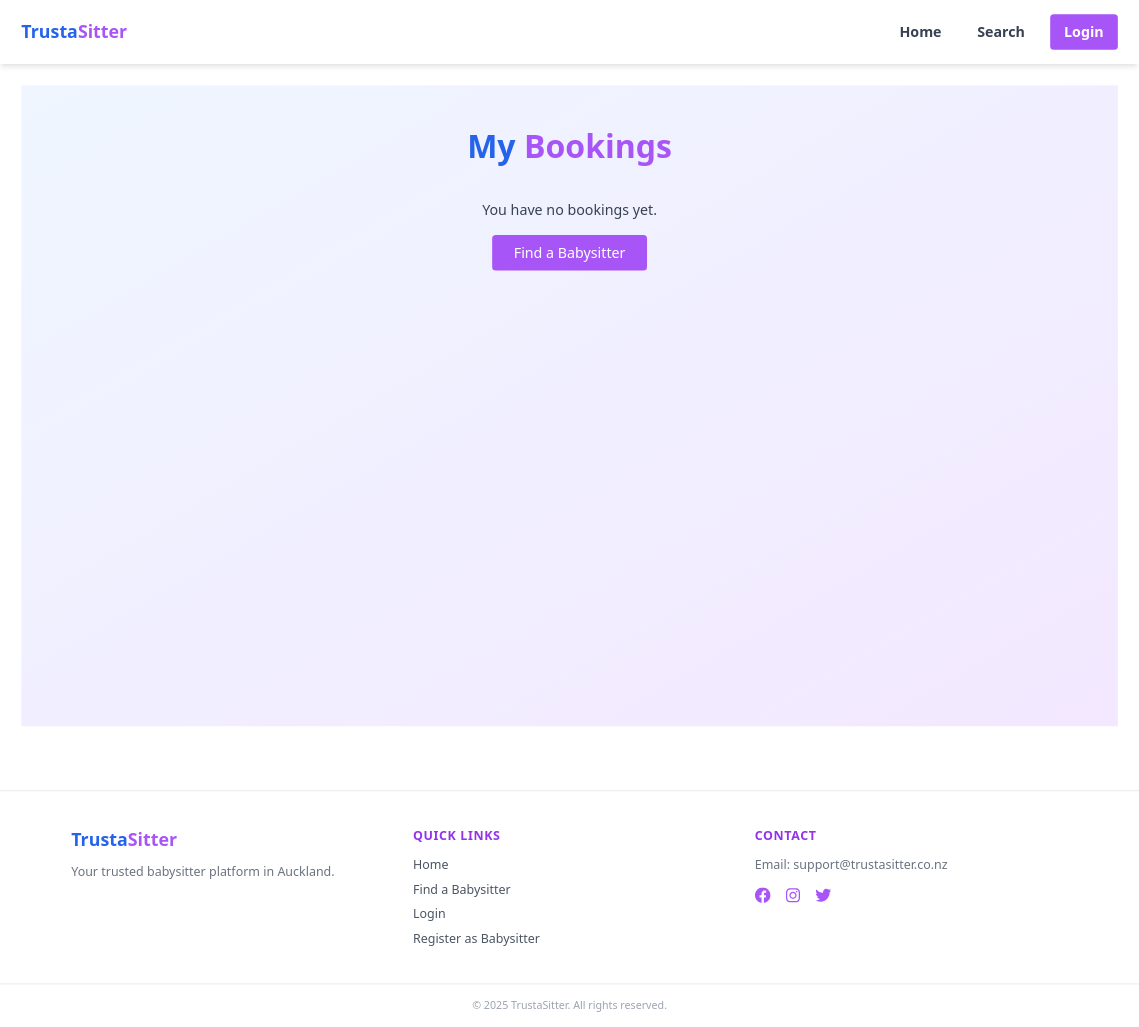
Repository: LargeWC-Code/TrustaSitter
Page: /bookings (app in trustasitter-frontend/)
These files come from the project's save history. The page is drawn as it stood at one moment and after the next save; the edit follows.
The browser window is 1280 px wide. The pictures show the whole page, at 89% of full size.
The project was rebuilt for these pictures with package versions that can differ from the ones it lists, and the page was loaded fresh each time. Also part of the build but not shown: trustasitter-frontend/vite.config.js, trustasitter-frontend/src/pages/Home.jsx, trustasitter-frontend/src/pages/Search.jsx, trustasitter-frontend/src/pages/Login.jsx, trustasitter-frontend/src/pages/ChooseRole.jsx, trustasitter-frontend/src/pages/RegisterBabysitter.jsx, trustasitter-frontend/src/pages/RegisterClient.jsx, trustasitter-frontend/src/pages/HomeClient.jsx and 3 more.

Above is the page before, as saved 2025-07-01 18:22:42.

After the next save:
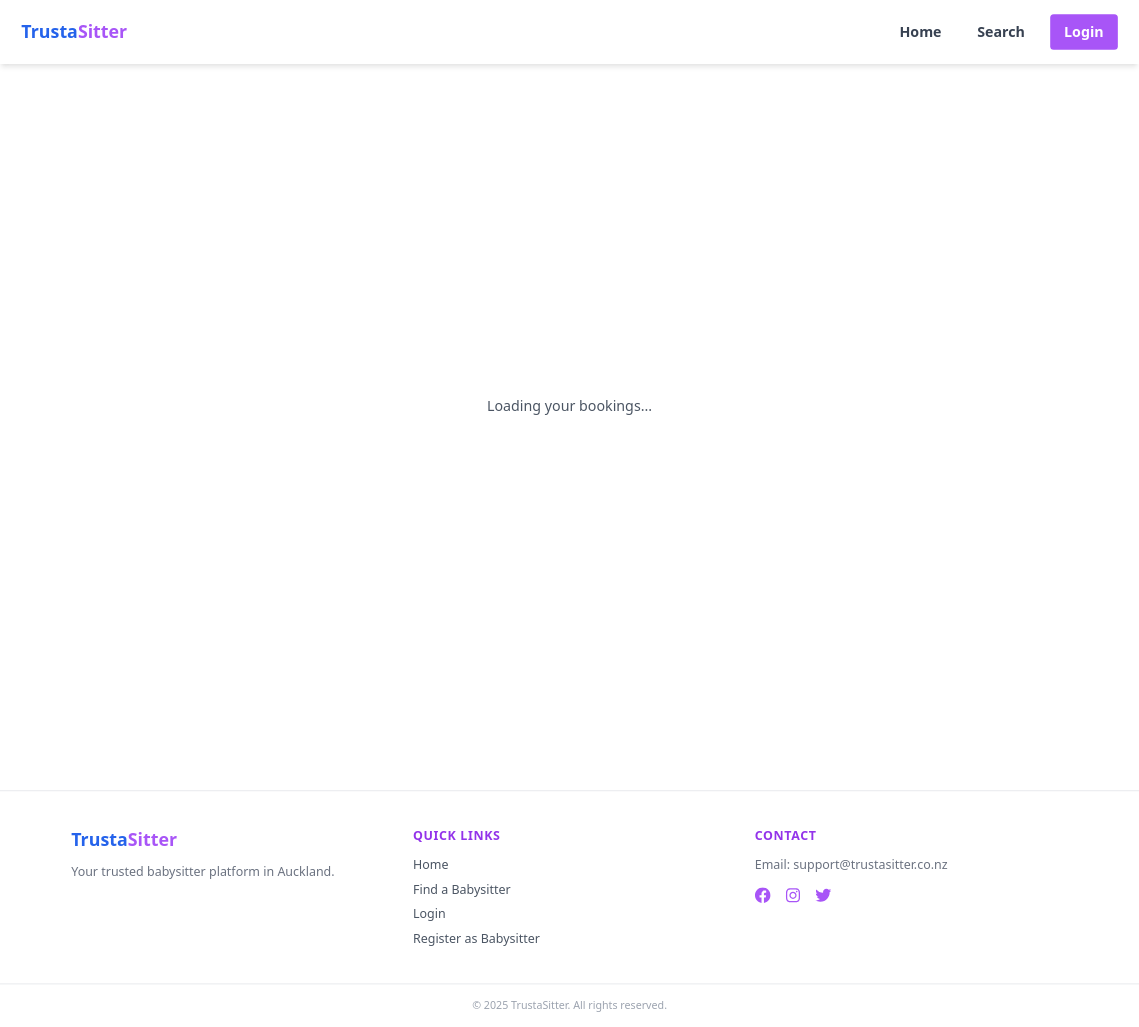
Saved 21 s later.
--- a/trustasitter-frontend/src/pages/Bookings.jsx
+++ b/trustasitter-frontend/src/pages/Bookings.jsx
@@ -1,17 +1,39 @@
 // src/pages/Bookings.jsx
-import React, { useState } from "react";
+import React, { useEffect, useState, useContext } from "react";
 import { useNavigate } from "react-router-dom";
+import { AuthContext } from "../context/AuthContext";
+import { getUserBookings } from "../services/api";
 
 const Bookings = () => {
+  const { user, token } = useContext(AuthContext);
+  const [bookings, setBookings] = useState([]);
+  const [loading, setLoading] = useState(true);
   const navigate = useNavigate();
 
-  // Mock data - simule vazio primeiro para testar mensagem
-  const [bookings, setBookings] = useState([]);
+  useEffect(() => {
+    const fetchBookings = async () => {
+      if (!user) return;
 
-  const handleCancel = (id) => {
-    const updated = bookings.filter((b) => b.id !== id);
-    setBookings(updated);
-  };
+      try {
+        const data = await getUserBookings(user.id, token);
+        setBookings(data);
+      } catch (err) {
+        console.error("Error fetching bookings:", err);
+      } finally {
+        setLoading(false);
+      }
+    };
+
+    fetchBookings();
+  }, [user, token]);
+
+  if (loading) {
+    return (
+      <main className="flex items-center justify-center min-h-screen">
+        <p className="text-gray-600">Loading your bookings...</p>
+      </main>
+    );
+  }
 
   return (
     <main className="bg-gradient-to-br from-blue-50 to-purple-100 min-h-screen py-12 px-6">
@@ -21,13 +43,11 @@ const Bookings = () => {
       </h1>
 
       {bookings.length === 0 ? (
-        <div className="text-center">
-          <p className="text-gray-700 mb-4">
-            You have no bookings yet.
-          </p>
+        <div className="text-center text-gray-600">
+          <p>You don’t have any bookings yet.</p>
           <button
             onClick={() => navigate("/search")}
-            className="bg-purple-500 hover:bg-purple-600 text-white px-6 py-2 rounded transition"
+            className="mt-4 bg-purple-500 hover:bg-purple-600 text-white px-6 py-2 rounded transition"
           >
             Find a Babysitter
           </button>
@@ -41,20 +61,27 @@ const Bookings = () => {
             >
               <div>
                 <h2 className="text-xl font-semibold mb-2 text-gray-800">
-                  Babysitter: {booking.babysitter}
+                  Babysitter: {booking.babysitter_name}
                 </h2>
                 <p className="text-gray-600 mb-1">
-                  <strong>Date:</strong> {booking.date}
+                  <strong>Date:</strong>{" "}
+                  {new Date(booking.date).toLocaleDateString("en-NZ", {
+                    day: "numeric",
+                    month: "long",
+                    year: "numeric",
+                  })}
                 </p>
                 <p className="text-gray-600 mb-1">
-                  <strong>Time:</strong> {booking.time}
+                  <strong>Time:</strong>{" "}
+                  {booking.time_start.slice(0,5)} - {booking.time_end.slice(0,5)}
                 </p>
                 <p className="text-gray-600">
-                  <strong>Status:</strong> {booking.status}
+                  <strong>Status:</strong>{" "}
+                  {booking.status}
                 </p>
               </div>
               <button
-                onClick={() => handleCancel(booking.id)}
+                onClick={() => alert("Cancel booking logic here")}
                 className="mt-4 bg-red-500 hover:bg-red-600 text-white py-2 rounded transition"
               >
                 Cancel Booking
